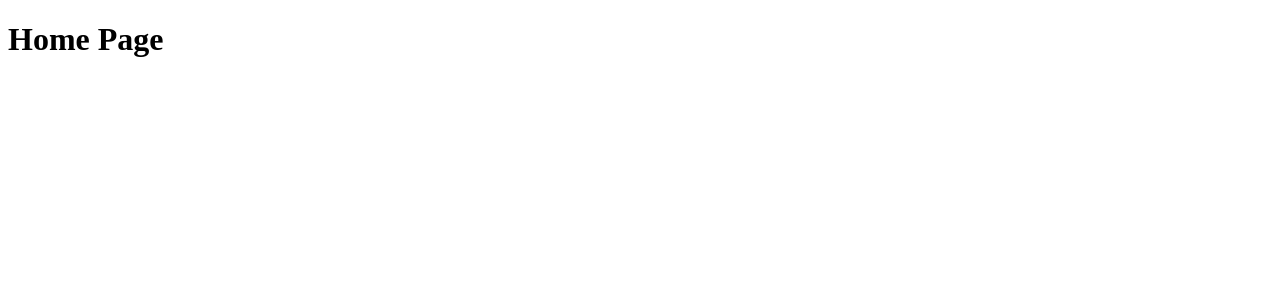
Repository: Somanath-Singh/Spring-Framework-By-Qspide
Page: http://localhost/SpringMVC-Proj01/default.jsp
The author's editor kept a copy of each file at every save. The page is drawn from the files as they stood at one save, then again after the next save.
The browser window is 1280 px wide. The pictures show the whole page.
The page is served by Tomcat 10.

Above is the page before, as saved 2025-02-15 05:36:44.

After the next save:
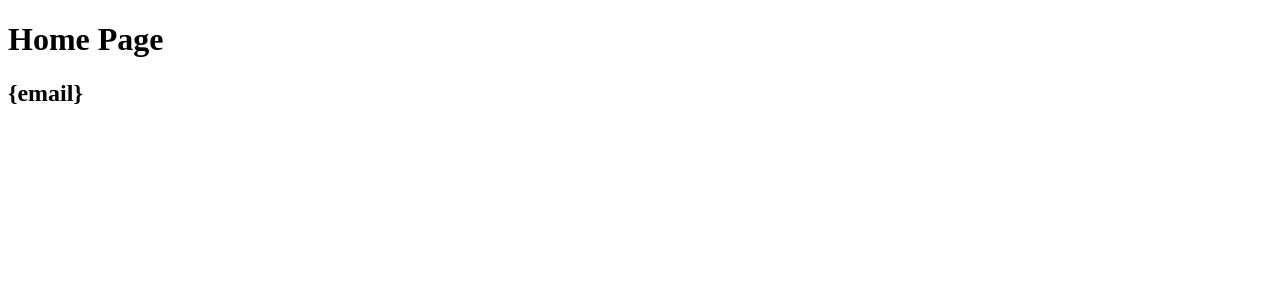
Saved 42 s later.
--- a/SpringMVC-Proj01/src/main/webapp/default.jsp
+++ b/SpringMVC-Proj01/src/main/webapp/default.jsp
@@ -8,5 +8,7 @@
 </head>
 <body>
 <h1>Home Page</h1>
+
+<h2>{email}</h2>
 </body>
 </html>
